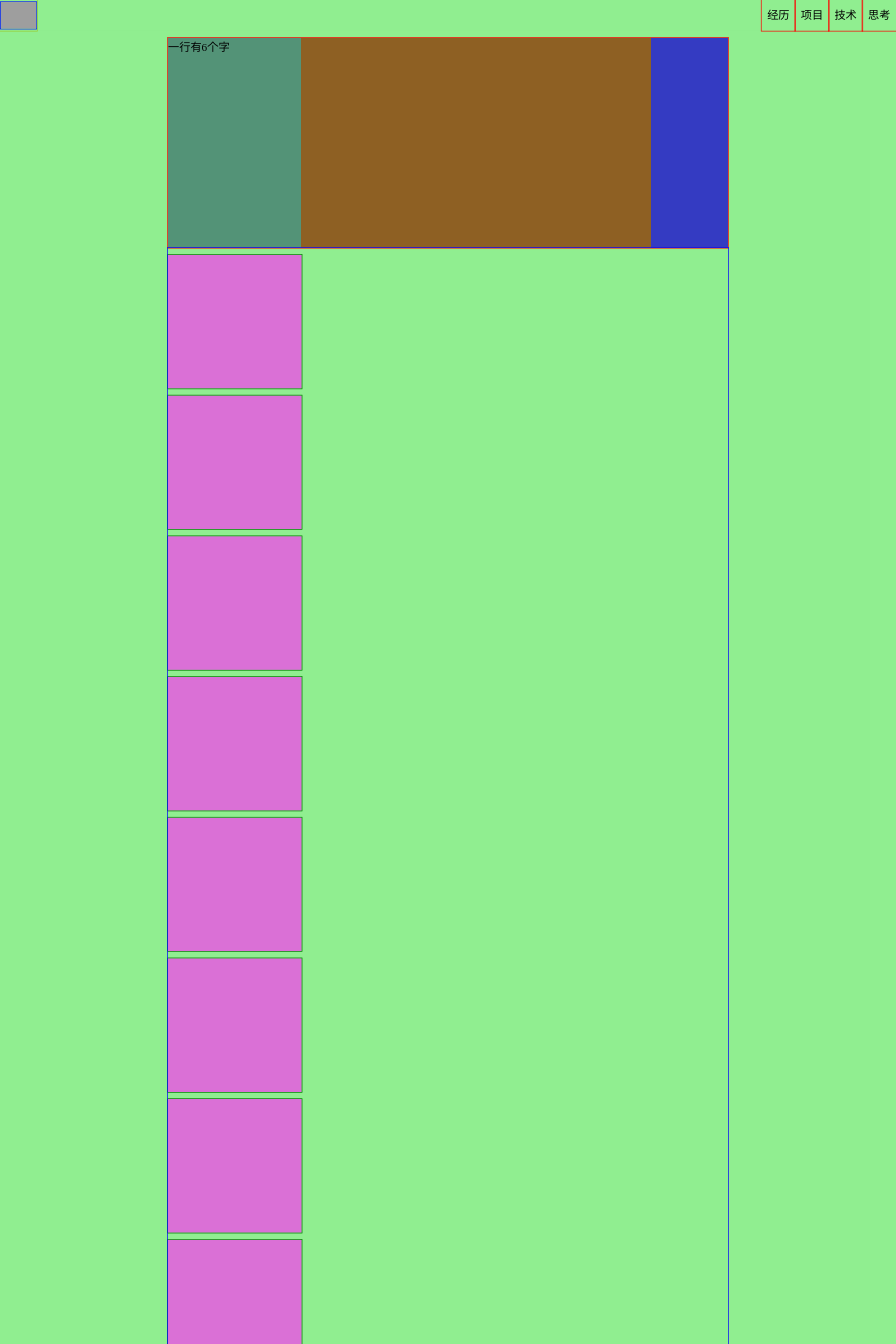
Repository: Lixianlai-2/Css-practice
Page: flex布局/index.html
These files come from the project's save history. The page is drawn as it stood at one moment and after the next save; the edit follows.
The browser window is 1280 px wide. The pictures show the part of the page from y = 0 to 1920 px (the page is 2766 px tall before and 1158 px after), at 70% of full size.
Pictures or frames that could not be fetched are drawn as grey boxes.

Above is the page before, as saved 2021-12-04 11:51:22.

### flex布局/index.html
<!DOCTYPE html>
<html>
  <head>
    <meta charset="utf-8" />
    <link rel="stylesheet" href="style.css" />
    <title>float浮动</title>
  </head>

  <body>
    <header>
      <div class="logo">
        <img
          src="https://avatars.githubusercontent.com/u/23273345?v=4"
          alt="头像"
        />
      </div>
      <ul>
        <li>经历</li>
        <li>项目</li>
        <li>技术</li>
        <li>思考</li>
      </ul>
    </header>
    <div class="content">
      <aside>一行有6个字</aside>
      <main></main>
      <div class="ad"></div>
    </div>

    <div class="imageList">
      <div class="x">
        <div class="image"></div>
        <div class="image"></div>
        <div class="image"></div>
        <div class="image"></div>
        <div class="image"></div>
        <div class="image"></div>
        <div class="image"></div>
        <div class="image"></div>
        <div class="image"></div>
        <div class="image"></div>
        <div class="image"></div>
        <div class="image"></div>
      </div>
      <!-- <div class="image"></div>
      <div class="image"></div>
      <div class="image"></div>
      <div class="image"></div>
      <div class="image"></div>
      <div class="image"></div>
      <div class="image"></div>
      <div class="image"></div>
      <div class="image"></div>
      <div class="image"></div>
      <div class="image"></div>
      <div class="image"></div> -->
    </div>
  </body>
</html>

### flex布局/style.css
* {
  margin: 0;
  padding: 0;
  box-sizing: border-box;
}
body {
  background-color: lightgreen;
}

img {
  max-width: 100%;
}

ul,
ol {
  list-style: none;
}

header {
  background-color: lightgreen;
}

ul,
ol {
  list-style: none;
}

.logo {
  display: inline-block;
  outline: 1px solid yellowgreen;
  justify-content: flex-start;
  display: flex;
  align-items: center;
  /* height: 40px; */
}

header {
  display: flex;
  justify-content: space-between;
}

.logo > img {
  border: 1px solid blue;
  height: 40px;
  vertical-align: middle;
}

ul > li {
  outline: 1px solid red;
  line-height: 36px;
  padding: 4px 0.5em;
}

ul {
  /* margin-left: auto; */
  display: flex;
  /* 必须让其浮动，也让logo浮动，才能让其父容器完全贴合 */
}

.content {
  /* 不占据空间，绘制于元素内容周围 */
  display: flex;
  outline: 1px solid red;
  width: 800px;
  margin-top: 10px;
  margin-left: auto;
  margin-right: auto;
}

.content > aside {
  width: 190px;
  height: 300px;

  background-color: rgb(83, 147, 119);
}

.content > main {
  height: 300px;
  width: 500px;

  background-color: rgb(142, 96, 35);
}

.content > .ad {
  width: 110px;
  height: 300px;

  background-color: rgb(52, 59, 194);
}

.imageList {
  outline: 1px solid blue;
  width: 800px;
  margin-left: auto;
  margin-right: auto;
  display: flex;
  /* justify-content: space-between; */
  flex-wrap: wrap;
}

.image {
  outline: 1px solid green;
  background-color: orchid;
  width: 191px;
  height: 191px;
  margin-top: 10px;
  margin-right: 12px;
}

/* .x {
  display: flex;
  justify-content: space-between;
  flex-wrap: wrap;
} */

After the next save:
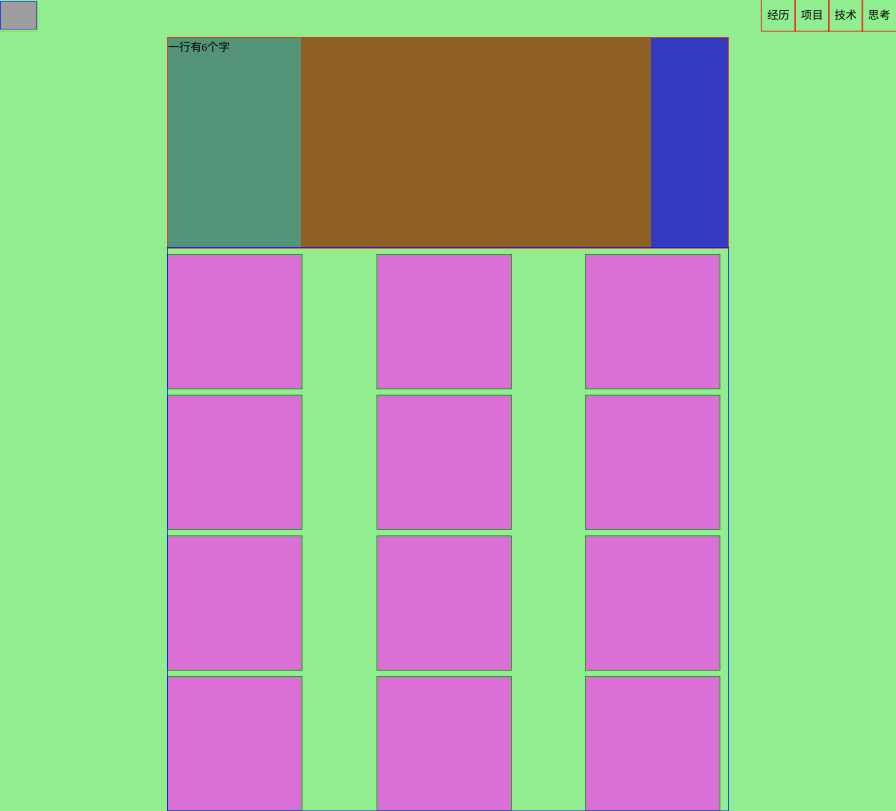
Saved 18 s later.
--- a/flex布局/style.css
+++ b/flex布局/style.css
@@ -93,9 +93,9 @@ ul {
   width: 800px;
   margin-left: auto;
   margin-right: auto;
-  display: flex;
+  /* display: flex; */
   /* justify-content: space-between; */
-  flex-wrap: wrap;
+  /* flex-wrap: wrap; */
 }
 
 .image {
@@ -107,8 +107,8 @@ ul {
   margin-right: 12px;
 }
 
-/* .x {
+.x {
   display: flex;
   justify-content: space-between;
   flex-wrap: wrap;
-} */
+}
